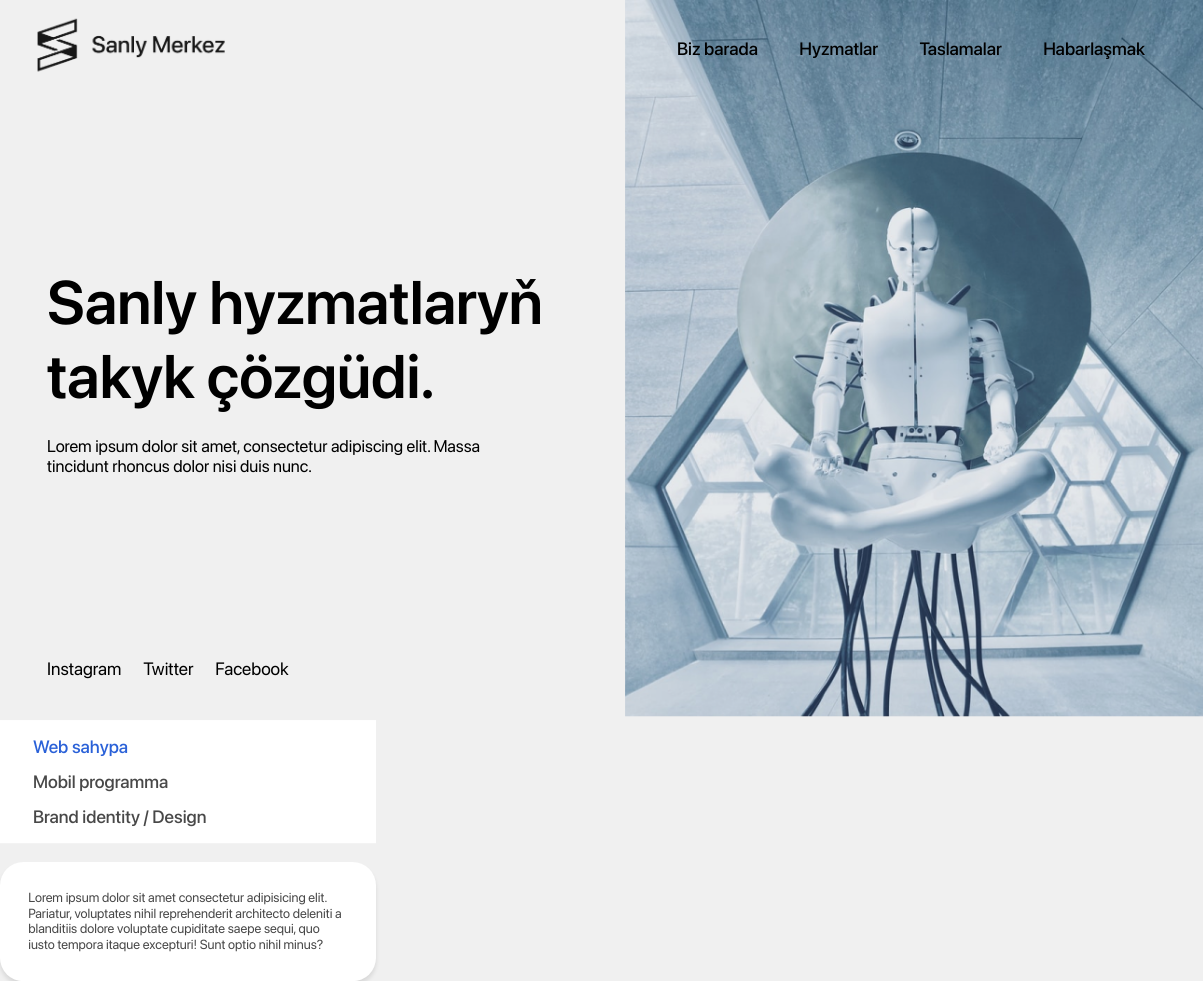
Repository: Meylis7/Sanly-Merkez-Web
Page: main.html
An editor plug-in stored every save of this project. The page is shown before and after the next save, followed by the edit.
The browser window is 1280 px wide. The pictures show the whole page, at 94% of full size.

Above is the page before, as saved 2022-04-26 19:13:15.

### main.html
<!DOCTYPE html>
<html lang="en" dir="ltr">
  <head>
    <meta charset="utf-8">
    <meta name="viewport" content="width=device-width, initial-scale=1.0">
    <title>Sanly merkez</title>
    <link rel="stylesheet" href="./css/main.css">
  </head>
  <body>
    <div class="main-container">
      <div class="header-container">
        <header>
          <a href="#" class="brand"><img src="/assets/logo.png" alt=""></a>
          <div class="menu">
            <div class="btn">
                <svg class="close-btn" xmlns="http://www.w3.org/2000/svg" aria-hidden="true" role="img" width="1em" height="1em" preserveAspectRatio="xMidYMid meet" viewBox="0 0 20 20"><path fill="currentColor" fill-rule="evenodd" d="M4.293 4.293a1 1 0 0 1 1.414 0L10 8.586l4.293-4.293a1 1 0 1 1 1.414 1.414L11.414 10l4.293 4.293a1 1 0 0 1-1.414 1.414L10 11.414l-4.293 4.293a1 1 0 0 1-1.414-1.414L8.586 10L4.293 5.707a1 1 0 0 1 0-1.414Z" clip-rule="evenodd"/></svg>
            </div>
            <a href="#">Biz barada</a>
            <a href="#">Hyzmatlar</a>
            <a href="#">Taslamalar</a>
            <a href="#">Habarlaşmak</a>
          </div>
          <div class="btn">
            <svg class="menu-btn" xmlns="http://www.w3.org/2000/svg" aria-hidden="true" role="img" width="1em" height="1em" preserveAspectRatio="xMidYMid meet" viewBox="0 0 20 20"><path fill="currentColor" fill-rule="evenodd" d="M3 5a1 1 0 0 1 1-1h12a1 1 0 1 1 0 2H4a1 1 0 0 1-1-1Zm0 5a1 1 0 0 1 1-1h12a1 1 0 1 1 0 2H4a1 1 0 0 1-1-1Zm6 5a1 1 0 0 1 1-1h6a1 1 0 1 1 0 2h-6a1 1 0 0 1-1-1Z" clip-rule="evenodd"/></svg>
          </div>
        </header>
      </div>

      <div class="home-section">
        <div class="home-container">
          <div class="home-left-content">
            <div class="home-slogan">
              <p class="slogan">Sanly hyzmatlaryň <br>
                takyk çözgüdi.</p>
                <p class="slogan-text">Lorem ipsum dolor sit amet, consectetur adipiscing elit. Massa <br> tincidunt rhoncus dolor nisi duis nunc.</p>
            </div>
            <div class="home-social-links">
              <a href="#">Instagram</a>
              <a href="#">Twitter</a>
              <a href="#">Facebook</a>
            </div>
          </div>
          <div class="home-right-content">
            <img src="./assets/mainphoto.png" alt="">
          </div>
        </div>
      </div>
      <div class="wwd-section">
        <div class="tabs">
          <div class="tabs__head">
            <div class="tabs__toggle is-active">
              <span class="tabs__name">Web sahypa</span>
            </div>
            <div class="tabs__toggle">
              <span class="tabs__name">Mobil programma</span>
            </div>
            <div class="tabs__toggle">
              <span class="tabs__name">Brand identity / Design</span>
            </div>
          </div>
          <div class="tabs__body">
            <div class="tabs__content is-active">
              <p class="tabs__text">Lorem ipsum dolor sit amet consectetur adipisicing elit. Pariatur, voluptates nihil reprehenderit architecto deleniti a blanditiis dolore voluptate cupiditate saepe sequi, quo iusto tempora itaque excepturi! Sunt optio nihil minus?</p>
            </div>
            <div class="tabs__content">
              <p class="tabs__text">Lorem ipsum dolor sit amet consectetur, adipisicing elit. Tempora natus voluptas, molestias voluptates consequuntur quibusdam aspernatur expedita tempore libero excepturi obcaecati earum minus omnis adipisci fuga officia, autem, perferendis voluptatibus!</p>
            </div>
            <div class="tabs__content">
              <p class="tabs__text">Lorem ipsum dolor sit, amet consectetur adipisicing elit. Mollitia quasi commodi nisi ex nostrum, aspernatur dicta perferendis deserunt reiciendis a delectus molestias eius porro, tempore molestiae ipsam sit quam aut officia, autem, perferendis?</p>
            </div>
          </div>
        </div>
      </div>

    </div>



    <script type="text/javascript">
    //javascript for navigation bar effect on scroll
    window.addEventListener("scroll", function(){
      var header = document.querySelector("header");
      header.classList.toggle('sticky', window.scrollY > 0);
    });

    //javascript for responsive navigation sidebar menu
    var menu = document.querySelector('.menu');
    var menuBtn = document.querySelector('.menu-btn');
    var closeBtn = document.querySelector('.close-btn');

    menuBtn.addEventListener("click", () => {
      menu.classList.add('active');
    });

    closeBtn.addEventListener("click", () => {
      menu.classList.remove('active');
    });
    </script>
    <script src="./js/nav.js"></script>

  </body>
</html>

### css/main.css

@font-face {
  font-family: 'SF Pro Display';
  src: url('../SFProDisplay-Medium.eot');
  src: local('../SF Pro Display Medium'), local('SFProDisplay-Medium'),
      url('../SFProDisplay-Medium.eot?#iefix') format('embedded-opentype'),
      url('../SFProDisplay-Medium.woff2') format('woff2'),
      url('../SFProDisplay-Medium.woff') format('woff'),
      url('../SFProDisplay-Medium.ttf') format('truetype');
  font-weight: 500;
  font-style: normal;
}

@font-face {
  font-family: 'SF Pro Display';
  src: url('../SFProDisplay-Heavy.eot');
  src: local('../SF Pro Display Heavy'), local('SFProDisplay-Heavy'),
      url('../SFProDisplay-Heavy.eot?#iefix') format('embedded-opentype'),
      url('../SFProDisplay-Heavy.woff2') format('woff2'),
      url('../SFProDisplay-Heavy.woff') format('woff'),
      url('../SFProDisplay-Heavy.ttf') format('truetype');
  font-weight: 900;
  font-style: normal;
}

@font-face {
  font-family: 'SF Pro Display';
  src: url('../SFProDisplay-UltralightItalic.eot');
  src: local('../SF Pro Display UltralightItalic'), local('SFProDisplay-UltralightItalic'),
      url('../SFProDisplay-UltralightItalic.eot?#iefix') format('embedded-opentype'),
      url('../SFProDisplay-UltralightItalic.woff2') format('woff2'),
      url('../SFProDisplay-UltralightItalic.woff') format('woff'),
      url('../SFProDisplay-UltralightItalic.ttf') format('truetype');
  font-weight: 200;
  font-style: italic;
}

@font-face {
  font-family: 'SF Pro Display';
  src: url('../SFProDisplay-RegularItalic.eot');
  src: local('../SF Pro Display Regular Italic'), local('SFProDisplay-RegularItalic'),
      url('../SFProDisplay-RegularItalic.eot?#iefix') format('embedded-opentype'),
      url('vSFProDisplay-RegularItalic.woff2') format('woff2'),
      url('../SFProDisplay-RegularItalic.woff') format('woff'),
      url('../SFProDisplay-RegularItalic.ttf') format('truetype');
  font-weight: normal;
  font-style: italic;
}

@font-face {
  font-family: 'SF Pro Display';
  src: url('../SFProDisplay-Thin.eot');
  src: local('../SF Pro Display Thin'), local('SFProDisplay-Thin'),
      url('../SFProDisplay-Thin.eot?#iefix') format('embedded-opentype'),
      url('../SFProDisplay-Thin.woff2') format('woff2'),
      url('../SFProDisplay-Thin.woff') format('woff'),
      url('../SFProDisplay-Thin.ttf') format('truetype');
  font-weight: 100;
  font-style: normal;
}

@font-face {
  font-family: 'SF Pro Display';
  src: url('../SFProDisplay-Light.eot');
  src: local('../SF Pro Display Light'), local('SFProDisplay-Light'),
      url('../SFProDisplay-Light.eot?#iefix') format('embedded-opentype'),
      url('../SFProDisplay-Light.woff2') format('woff2'),
      url('../SFProDisplay-Light.woff') format('woff'),
      url('../SFProDisplay-Light.ttf') format('truetype');
  font-weight: 200;
  font-style: normal;
}

@font-face {
  font-family: 'SF Pro Display';
  src: url('../SFProDisplay-BlackItalic.eot');
  src: local('../SF Pro Display Black Italic'), local('SFProDisplay-BlackItalic'),
      url('../SFProDisplay-BlackItalic.eot?#iefix') format('embedded-opentype'),
      url('../SFProDisplay-BlackItalic.woff2') format('woff2'),
      url('../SFProDisplay-BlackItalic.woff') format('woff'),
      url('../SFProDisplay-BlackItalic.ttf') format('truetype');
  font-weight: 900;
  font-style: italic;
}

@font-face {
  font-family: 'SF Pro Display';
  src: url('../SFProDisplay-Bold.eot');
  src: local('../SF Pro Display Bold'), local('SFProDisplay-Bold'),
      url('../SFProDisplay-Bold.eot?#iefix') format('embedded-opentype'),
      url('../SFProDisplay-Bold.woff2') format('woff2'),
      url('../SFProDisplay-Bold.woff') format('woff'),
      url('../SFProDisplay-Bold.ttf') format('truetype');
  font-weight: bold;
  font-style: normal;
}

@font-face {
  font-family: 'SF Pro Display';
  src: url('../SFProDisplay-Black.eot');
  src: local('../SF Pro Display Black'), local('SFProDisplay-Black'),
      url('../SFProDisplay-Black.eot?#iefix') format('embedded-opentype'),
      url('../SFProDisplay-Black.woff2') format('woff2'),
      url('../SFProDisplay-Black.woff') format('woff'),
      url('../SFProDisplay-Black.ttf') format('truetype');
  font-weight: 900;
  font-style: normal;
}

@font-face {
  font-family: 'SF Pro Display';
  src: url('../SFProDisplay-SemiboldItalic.eot');
  src: local('../SF Pro Display SemiboldItalic'), local('SFProDisplay-SemiboldItalic'),
      url('../SFProDisplay-SemiboldItalic.eot?#iefix') format('embedded-opentype'),
      url('../SFProDisplay-SemiboldItalic.woff2') format('woff2'),
      url('../SFProDisplay-SemiboldItalic.woff') format('woff'),
      url('../SFProDisplay-SemiboldItalic.ttf') format('truetype');
  font-weight: 600;
  font-style: italic;
}

@font-face {
  font-family: 'SF Pro Display';
  src: url('../SFProDisplay-Ultralight.eot');
  src: local('../SF Pro Display Ultralight'), local('SFProDisplay-Ultralight'),
      url('../SFProDisplay-Ultralight.eot?#iefix') format('embedded-opentype'),
      url('../SFProDisplay-Ultralight.woff2') format('woff2'),
      url('../SFProDisplay-Ultralight.woff') format('woff'),
      url('../SFProDisplay-Ultralight.ttf') format('truetype');
  font-weight: 200;
  font-style: normal;
}

@font-face {
  font-family: 'SF Pro Display';
  src: url('../SFProDisplay-LightItalic.eot');
  src: local('../SF Pro Display LightItalic'), local('SFProDisplay-LightItalic'),
      url('../SFProDisplay-LightItalic.eot?#iefix') format('embedded-opentype'),
      url('../SFProDisplay-LightItalic.woff2') format('woff2'),
      url('../SFProDisplay-LightItalic.woff') format('woff'),
      url('../SFProDisplay-LightItalic.ttf') format('truetype');
  font-weight: 200;
  font-style: italic;
}

@font-face {
  font-family: 'SF Pro Display';
  src: url('../SFProDisplay-ThinItalic.eot');
  src: local('../SF Pro Display ThinItalic'), local('SFProDisplay-ThinItalic'),
      url('../SFProDisplay-ThinItalic.eot?#iefix') format('embedded-opentype'),
      url('../SFProDisplay-ThinItalic.woff2') format('woff2'),
      url('../SFProDisplay-ThinItalic.woff') format('woff'),
      url('../SFProDisplay-ThinItalic.ttf') format('truetype');
  font-weight: 100;
  font-style: italic;
}

@font-face {
  font-family: 'SF Pro Display';
  src: url('../SFProDisplay-MediumItalic.eot');
  src: local('../SF Pro Display MediumItalic'), local('SFProDisplay-MediumItalic'),
      url('../SFProDisplay-MediumItalic.eot?#iefix') format('embedded-opentype'),
      url('../SFProDisplay-MediumItalic.woff2') format('woff2'),
      url('../SFProDisplay-MediumItalic.woff') format('woff'),
      url('../SFProDisplay-MediumItalic.ttf') format('truetype');
  font-weight: 500;
  font-style: italic;
}

@font-face {
  font-family: 'SF Pro Display';
  src: url('../SFProDisplay-Semibold.eot');
  src: local('SF Pro Display Semibold'), local('SFProDisplay-Semibold'),
      url('../SFProDisplay-Semibold.eot?#iefix') format('embedded-opentype'),
      url('../SFProDisplay-Semibold.woff2') format('woff2'),
      url('../SFProDisplay-Semibold.woff') format('woff'),
      url('../SFProDisplay-Semibold.ttf') format('truetype');
  font-weight: 600;
  font-style: normal;
}

@font-face {
  font-family: 'SF Pro Display';
  src: url('../SFProDisplay-HeavyItalic.eot');
  src: local('../SF Pro Display HeavyItalic'), local('SFProDisplay-HeavyItalic'),
      url('../SFProDisplay-HeavyItalic.eot?#iefix') format('embedded-opentype'),
      url('../SFProDisplay-HeavyItalic.woff2') format('woff2'),
      url('../SFProDisplay-HeavyItalic.woff') format('woff'),
      url('../SFProDisplay-HeavyItalic.ttf') format('truetype');
  font-weight: 900;
  font-style: italic;
}

@font-face {
  font-family: 'SF Pro Display';
  src: url('../SFProDisplay-Regular.eot');
  src: local('../SF Pro Display Regular'), local('SFProDisplay-Regular'),
      url('../SFProDisplay-Regular.eot?#iefix') format('embedded-opentype'),
      url('../SFProDisplay-Regular.woff2') format('woff2'),
      url('../SFProDisplay-Regular.woff') format('woff'),
      url('../SFProDisplay-Regular.ttf') format('truetype');
  font-weight: normal;
  font-style: normal;
}

@font-face {
  font-family: 'SF Pro Display';
  src: url('../SFProDisplay-BoldItalic.eot');
  src: local('../SF Pro Display BoldItalic'), local('SFProDisplay-BoldItalic'),
      url('../SFProDisplay-BoldItalic.eot?#iefix') format('embedded-opentype'),
      url('../SFProDisplay-BoldItalic.woff2') format('woff2'),
      url('../SFProDisplay-BoldItalic.woff') format('woff'),
      url('../SFProDisplay-BoldItalic.ttf') format('truetype');
  font-weight: bold;
  font-style: italic;
}


*{
  margin: 0;
  padding: 0;
  box-sizing: border-box;
  font-family: "SF Pro Display";

}
a{
  text-decoration: none;
}

body{
  min-height: 100vh;
  background: #F0F0F0;
}
header{
  z-index: 999;
  position: fixed;
  top: 0;
  left: 0;
  width: 100%;
  display: flex;
  justify-content: space-between;
  align-items: center;
  padding: 20px 40px;
  transition: 0.6s;
  transform: translate(calc(50vw - 50%));
}

header.sticky{
  background: #ffffff;
  padding: 15px 50px;

}

header .brand{
  color: #fff;
  font-size: 30px;
  font-weight: 700;
  text-transform: uppercase;
  text-decoration: none;
  letter-spacing: 2px;
}

header .menu{
  position: relative;
  display: flex;
  justify-content: center;
  align-items: center;
}

header .menu a{
  color: rgb(0, 0, 0);
  font-size: 19px;
  font-weight: 500;
  text-decoration: none;
  padding: 7px 12px;
  margin: 0 10px;
  border-radius: 20px;
  transition: 0.3s;
  transition-property: color, background;
}

header .menu a:hover{
  color: #000;
  background: #fff;
}

header .btn{
  color: rgb(94, 0, 0);
  font-size: 25px;
  cursor: pointer;
  display: none;
}
/* .main-container{
    max-width: 1240px;
    height: 100%;
    margin: 0 auto;
} */
.brand{
  width: 200px;
}
.brand img{
  width: 100%;
}
.home-container{
  display: flex;
  width: 100%;

}
.home-left-content,.home-right-content{
  flex: 1;
}
.home-left-content{
  display: flex;
  flex-direction: column;
  justify-content: space-between;
  padding-left: 50px;
}
.home-right-content img{
  width: 100%;
}
.slogan{
  font-size: 65px;
  font-family: "SF Pro Display";
  font-weight: 600;
  margin-top: 46%;
  margin-bottom: 25px;
}
.slogan-text{
  font-size: 18px;
  font-family: "SF Pro Display";
}
.home-social-links{
  margin-bottom: 7%;
}
.home-social-links a {
  color: #000;
  margin-right: 20px;
  font-size: 19px;
}

@media (max-width: 1060px){
  header .btn{
    display: block;
  }

  header .menu{
    position: fixed;
    background: #ffffff;
    flex-direction: column;
    width: 100%;
    height: 100vh;
    top: 0;
    right: -100%;
    padding: 80px 50px;
    transition: 0.5s;
    transition-property: right;
  }

  header .menu.active{
    right: 0;
  }

  header .menu .close-btn{
    position: absolute;
    top: 0;
    left: 0;
    margin: 25px;
  }

  header .menu a{
    display: block;
    font-size: 20px;
    margin: 20px;
    padding: 0 15px;
  }
}





.tabs {
  display: flex;
  flex-direction: column;
  max-width: 400px;
  width: 100%;
}

.tabs__head {
  display: flex;
  flex-direction: column;
  justify-content: space-between;
  background: #fff;
  padding: 10px 5px;
  margin-bottom: 20px;
}

.tabs__toggle {
  margin: 0 5px;
  padding: 7px 25px;
  background: #fff;
  border-radius: 20px;
  cursor: pointer;
  transition: .5s;
}

.tabs__name {
  font-weight: 500;
  font-size: 19px;
  color: #484848;
}

.tabs__body {
  background: #fff;
  box-shadow: 0px 4px 5px rgba(0,0,0,.1);
  border-radius: 25px;
  padding: 30px;
  position: relative;
}

.tabs__title {
  font-weight: 600;
  font-size: 24px;
  color: #484848;
  margin-bottom: 20px;
  text-align: center;
}

.tabs__text {
  font-size: 14px;
  line-height: 1.2;
  color: #484848;
}

.tabs__content {
  display: none;
}
.tabs__toggle.is-active .tabs__name {
  color: #2a61d8;
}

.tabs__content.is-active {
  display: block;
}

### js/nav.js
let tabs = document.querySelectorAll('.tabs__toggle'),
    contents = document.querySelectorAll('.tabs__content');

tabs.forEach((tab, index) => {
    tab.addEventListener('click', () => {
        contents.forEach((content) => {
            content.classList.remove('is-active');
        });
        tabs.forEach((tab) => {
            tab.classList.remove('is-active');
        });
        contents[index].classList.add('is-active');
        tabs[index].classList.add('is-active');
    });
});

After the next save:
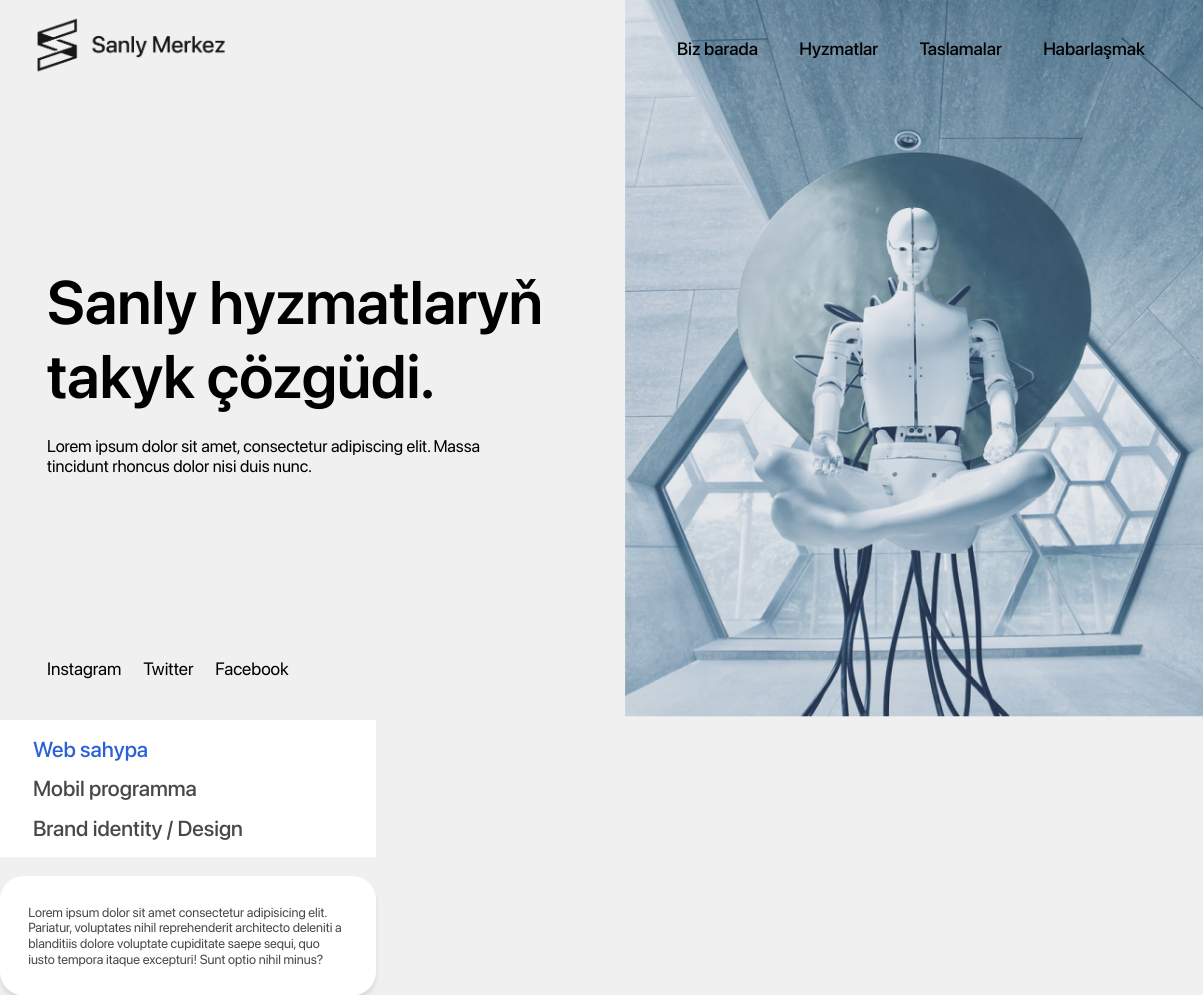
Saved 9 s later.
--- a/css/main.css
+++ b/css/main.css
@@ -406,7 +406,7 @@ header .btn{
 
 .tabs__name {
   font-weight: 500;
-  font-size: 19px;
+  font-size: 23px;
   color: #484848;
 }
 
